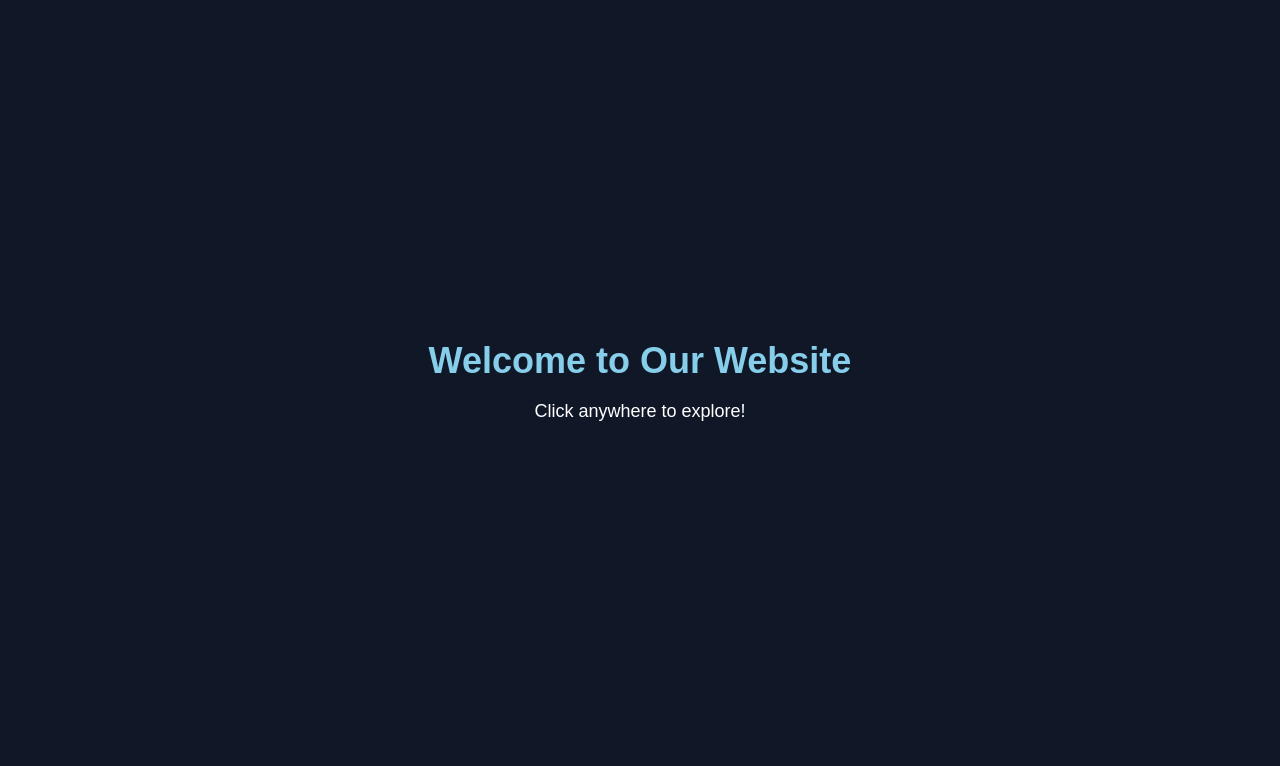
Repository: KenMarzan/OMEGA
Page: / (app in hub/frontend/)
An editor plug-in stored every save of this project. The page is shown before and after the next save, followed by the edit.
The browser window is 1280 px wide. The pictures show the whole page.
The project was rebuilt for these pictures with package versions that can differ from the ones it lists, and the page was loaded fresh each time. The framework's server and built-in components were replaced by stand-ins that run in the browser. Also part of the build but not shown: hub/frontend/next.config.ts.

Above is the page before, as saved 2025-06-10 13:33:42.

After the next save:
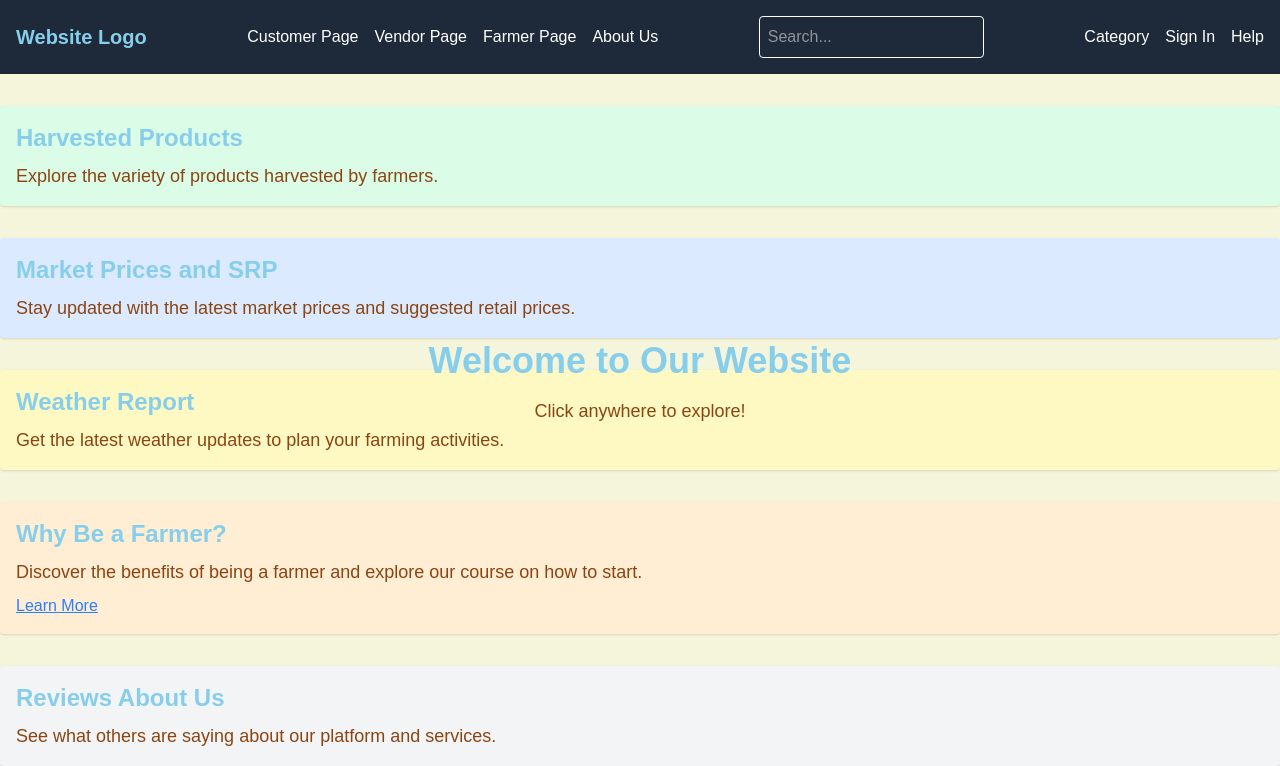
Saved 57 s later.
--- a/hub/frontend/src/app/page.tsx
+++ b/hub/frontend/src/app/page.tsx
@@ -18,7 +18,7 @@
       {/* Overlay */}
       {showOverlay && (
         <div
-          className={`absolute inset-0 bg-gray-900 text-white flex items-center justify-center z-50 transition-opacity duration-1000 ${
+          className={`absolute inset-0 flex items-center justify-center z-50 transition-opacity duration-1000 ${
             fadeOut ? "opacity-0" : "opacity-100"
           }`}
           onClick={handleOverlayClick}

After the save that followed:
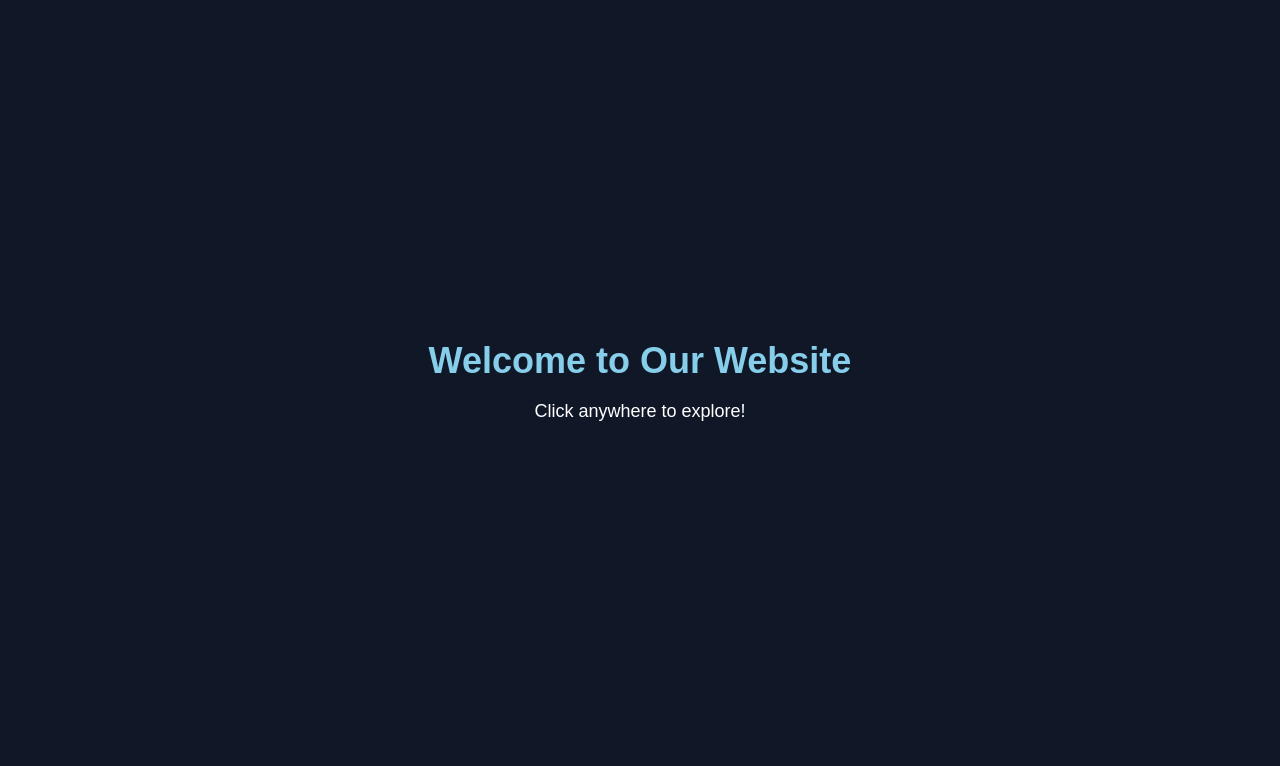
Saved 9 s later.
--- a/hub/frontend/src/app/page.tsx
+++ b/hub/frontend/src/app/page.tsx
@@ -18,7 +18,7 @@
       {/* Overlay */}
       {showOverlay && (
         <div
-          className={`absolute inset-0 flex items-center justify-center z-50 transition-opacity duration-1000 ${
+          className={`absolute inset-0 bg-gray-900 text-white flex items-center justify-center z-50 transition-opacity duration-1000 ${
             fadeOut ? "opacity-0" : "opacity-100"
           }`}
           onClick={handleOverlayClick}
